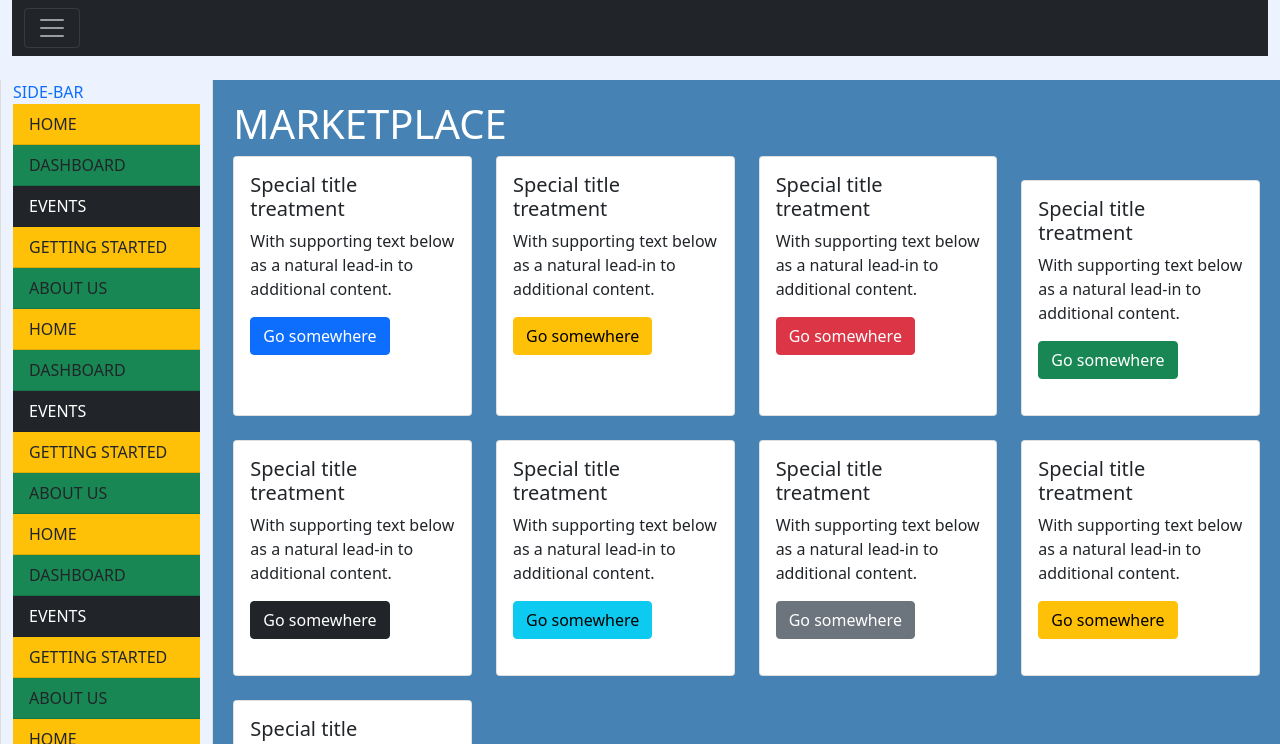
Repository: Dayvid0/BOOTSTRAP-TUTORIALS
Page: cosmos.example.html
An editor plug-in stored every save of this project. The page is shown before and after the next save, followed by the edit.
The browser window is 1280 px wide. The pictures show the whole page.
An inner scrolling area shows only its first screen.

Above is the page before, as saved 2025-01-29 15:57:29.

After the next save:
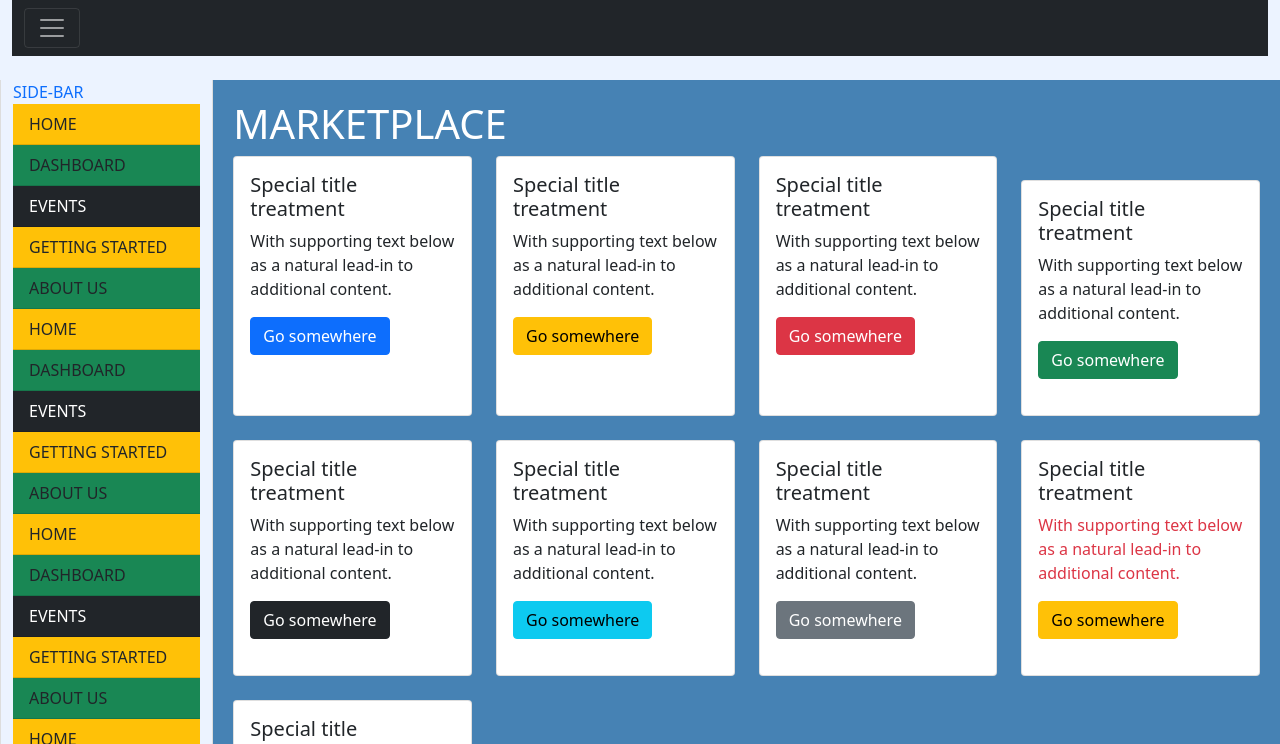
Saved 29 s later.
--- a/cosmos.example.html
+++ b/cosmos.example.html
@@ -161,7 +161,7 @@
               <div class="card">
                 <div class="card-body">
                   <h5 class="card-title">Special title treatment</h5>
-                  <p class="card-text">With supporting text below as a natural lead-in to additional content.</p>
+                  <p class="card-text text-danger">With supporting text below as a natural lead-in to additional content.</p>
                   <a href="#" class="btn btn-warning">Go somewhere</a>
                 </div>
               </div>
